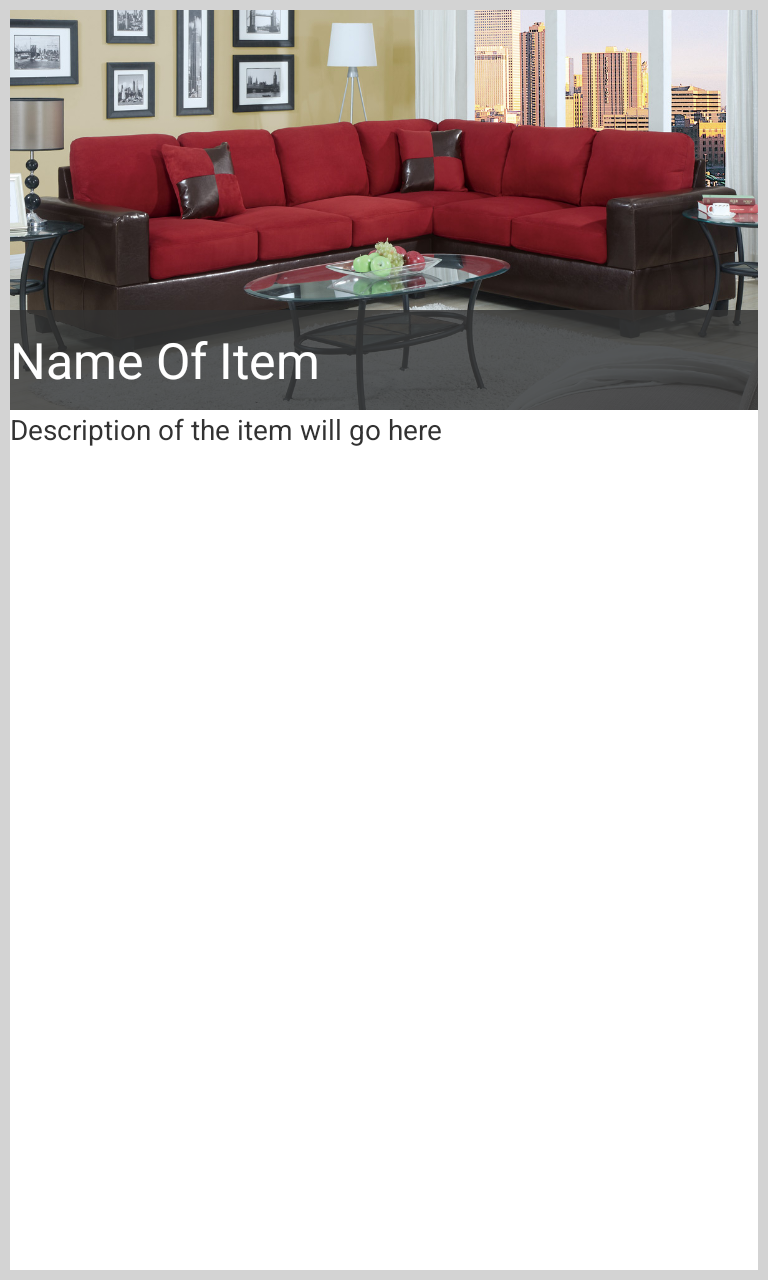
Repository: specialFX16/College-List
Layout: AndroidApp/CollegeList/res/layout/list_view_card.xml
An editor plug-in stored every save of this project. The layout is shown before and after the next save, followed by the edit.
It is drawn on a 768 x 1280 px phone screen (xhdpi) without system bars, with theme AppTheme; the app's code is not run.

Above is the layout before, as saved 2015-03-03 04:13:25.

### AndroidApp/CollegeList/res/layout/list_view_card.xml
<?xml version="1.0" encoding="utf-8"?>
<FrameLayout xmlns:android="http://schemas.android.com/apk/res/android"
    android:layout_width="match_parent"
    android:layout_height="match_parent"
    android:paddingLeft="5dp"
    android:paddingRight="5dp"
    android:paddingTop="5dp"
    android:paddingBottom="5dp"
    android:background="#d3d3d3"
    >

    <RelativeLayout
        android:layout_width="match_parent"
        android:layout_height="match_parent"
        android:background="#ffffff"
         >

        <ImageView
            android:id="@+id/main_list_image"
            android:layout_width="match_parent"
            android:layout_height="200dp"
            android:layout_alignParentTop="true"
            android:layout_centerHorizontal="true"
            android:src="@drawable/test_couch5"
            android:adjustViewBounds="true"
            android:scaleType="centerCrop"
            />

        <RelativeLayout
            android:layout_width="match_parent"
            android:layout_height="50dp"
            android:layout_alignBottom="@+id/main_list_image"
            android:background="#CC333333"

             >

            <TextView
                android:id="@+id/title_of_post"
                android:layout_width="wrap_content"
                android:layout_height="wrap_content"
                android:layout_alignParentLeft="true"
                android:layout_centerVertical="true"
                android:text="Name Of Item"
                android:textSize="25sp"
                android:textColor="#ffffff"
                 />

        </RelativeLayout>

        <TextView
            android:id="@+id/desc_of_post"
            android:layout_width="match_parent"
            android:layout_height="50dp"
            android:layout_alignParentLeft="true"
            android:layout_below="@+id/main_list_image"
            android:text="Description of the item will go here" />

    </RelativeLayout>

</FrameLayout>

Loaded but not shown: AndroidApp/CollegeList/res/values/styles.xml (common file); AndroidApp/CollegeList/res/values-v11/styles.xml (common file); AndroidApp/CollegeList/res/values-v14/styles.xml (common file)

After the next save:
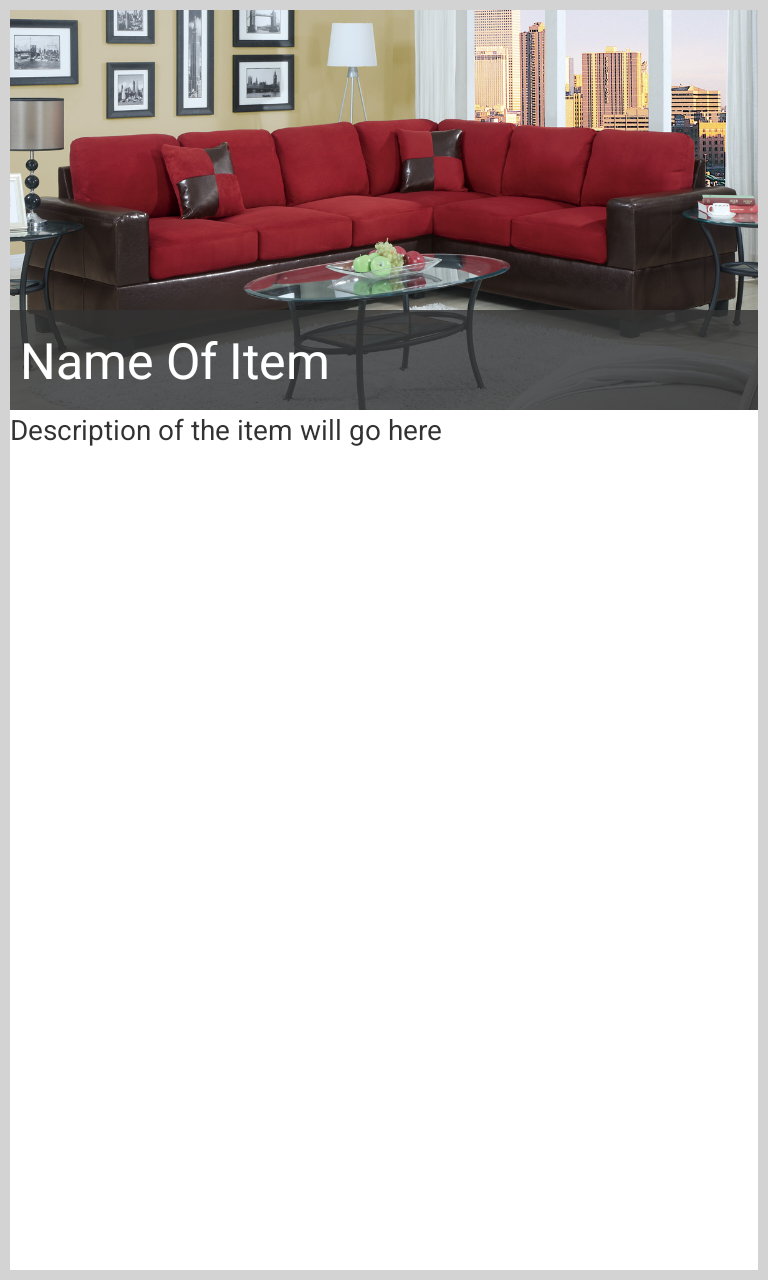
Saved 74 s later.
--- a/AndroidApp/CollegeList/res/layout/list_view_card.xml
+++ b/AndroidApp/CollegeList/res/layout/list_view_card.xml
@@ -40,6 +40,7 @@
                 android:layout_height="wrap_content"
                 android:layout_alignParentLeft="true"
                 android:layout_centerVertical="true"
+            	android:paddingLeft="5dp"
                 android:text="Name Of Item"
                 android:textSize="25sp"
                 android:textColor="#ffffff"
